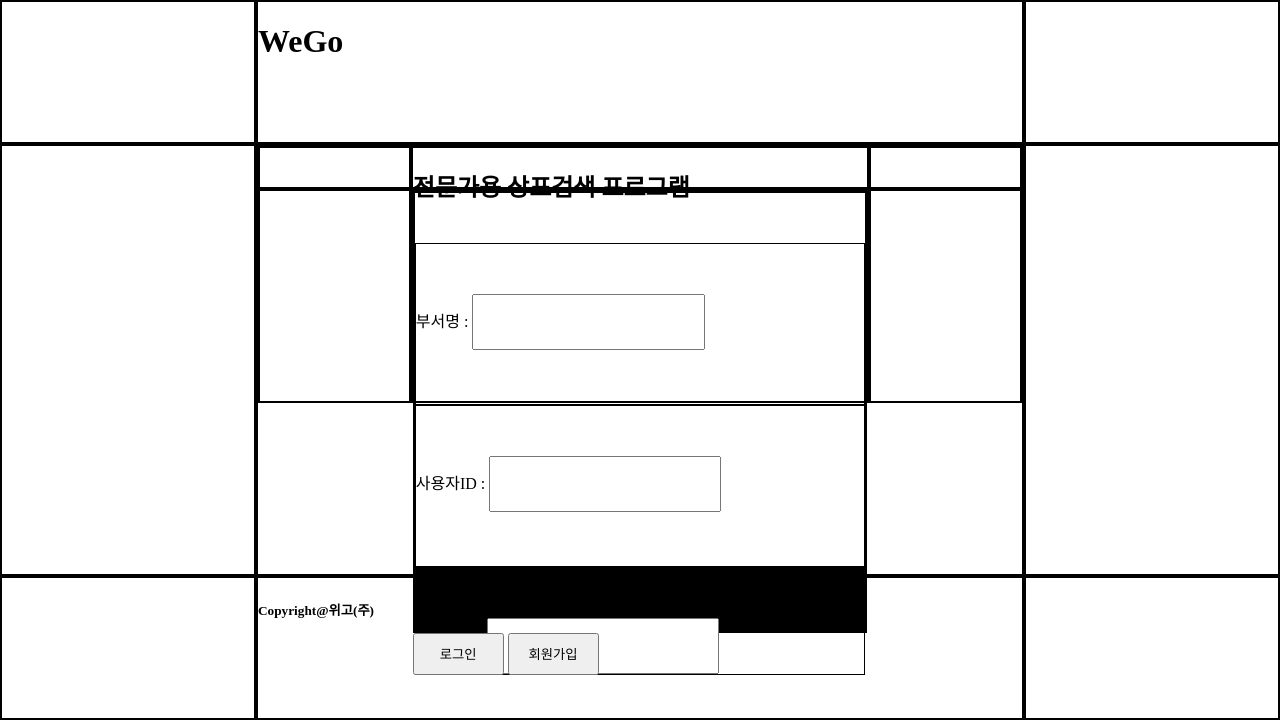
Repository: hamuse/wego1
Page: http://localhost/teamW1/facade.do
The author's editor kept a copy of each file at every save. The page is drawn from the files as they stood at one save, then again after the next save.
The browser window is 1280 px wide. The pictures show the whole page.
Some web libraries are served in a nearby version. The page is served by Tomcat 9. Other server files are loaded and not shown.

Above is the page before, as saved 2019-10-07 10:50:57.

### teamW1/WebContent/WEB-INF/views/facade/main.jsp
<%@ page language="java" contentType="text/html; charset=UTF-8"
   pageEncoding="UTF-8"%>
<%@ taglib prefix="c" uri="http://java.sun.com/jsp/jstl/core" %>
<jsp:include page="../common/head.jsp"/>
<div class="container">
<div></div><div><h2>전문가용 상표검색 프로그램</h2></div><div></div>
<div></div>

<div class="content">
<c:choose>
    <c:when test="${page eq 'login'}">
    <jsp:include page="login.jsp"/>
    </c:when>
    <c:when test="${page eq 'join'}">
    <jsp:include page="join.jsp"/>
    </c:when>
</c:choose>
</div>
<div></div>
</div>
<jsp:include page="../common/foot.jsp"/>

### teamW1/WebContent/WEB-INF/views/common/head.jsp
<%@ page language="java" contentType="text/html; charset=UTF-8"
    pageEncoding="UTF-8"%>
<!doctype html>
<html lang="en">
<head>
	<meta charset="UTF-8" />
	<title>Document</title>
	<script src='http://ajax.googleapis.com/ajax/libs/jquery/1.11.3/jquery.min.js'></script>
	<script src="${js}/app.js"></script>
	<link rel="stylesheet" type="text/css" href="${css}/style.css"></link>
</head>
<body>
<div class="wrapper" style="width: 100%; height:100%">
<div></div><div><h1>WeGo</h1></div><div></div>
<div></div>

### teamW1/WebContent/WEB-INF/views/facade/login.jsp
<%@ page language="java" contentType="text/html; charset=UTF-8"
   pageEncoding="UTF-8"%>


<form id="login_form">
<div id="login_tab">
    <div id="login_tab_item_1">
    부서명 : <input id="d_Name" class="input_text" type="text" name="dName"/>
    </div>
    <div id="login_tab_item_2">
    사용자ID : <input id="userName" class="input_text" type="text" name="empNo"/>
    </div>
    <div id="login_tab_item_3">
    비밀번호 : <input id="userPw" class="input_text" type="text" name="eName"/>
    </div>
</div>
<div></div>
<div></div>
<div></div>
<div></div>
<div></div>
<div></div>
<div></div>
<div></div>
<div></div>
<div></div>
<div></div>
<div></div>
<div></div>
<div></div>
<div></div>
<div></div>
    <input type="hidden" name="action" value="login" />
    <input type="hidden" name="page" value="mypage" />

    <input id="login_btn" type="button" value="로그인"/>
    <input id="join_btn" type="button" value="회원가입"/>

</form>


<script>
/*$('#login_btn').click(function(){
    alert('쫌!!!!떠라!!!!');
}); */
app.init('${ctx}');
</script>

### teamW1/WebContent/WEB-INF/views/common/foot.jsp
<%@ page language="java" contentType="text/html; charset=UTF-8"
    pageEncoding="UTF-8"%>

<div></div><div></div><div><h5>Copyright@위고(주)</h5></div>
<div></div>

</body>
</html>

### teamW1/src/com/web/team1/controllers/FacadeController.java
package com.web.team1.controllers;

import java.io.IOException;
import javax.servlet.ServletException;
import javax.servlet.annotation.WebServlet;
import javax.servlet.http.HttpServlet;
import javax.servlet.http.HttpServletRequest;
import javax.servlet.http.HttpServletResponse;

import com.web.team1.pool.Constants;

@WebServlet("/facade.do")
public class FacadeController extends HttpServlet {
	private static final long serialVersionUID = 1L;

	enum Resources {
		CTX, CSS, JS, IMG
	}
	protected void service(HttpServletRequest request, HttpServletResponse response) throws ServletException, IOException {
		for(Resources r : Resources.values()) {
			System.out.println("퍼사드>>>>>"+r.toString().toLowerCase());
//			    request.getSession().setAttribute(r.toString().toLowerCase(), request.getContextPath()+"/resources/"+r.toString().toLowerCase());
			    request.getSession().setAttribute(r.toString().toLowerCase(), request.getContextPath()+((r.toString().toLowerCase().equals("ctx"))
			    		?"" : "/resources/"+r.toString().toLowerCase()));
		}
		if(request.getParameter("page")==(null)) {
		request.setAttribute("page","login");
	}else {
		request.setAttribute("page", request.getParameter("page"));
		}
	request.getRequestDispatcher(
				String.format(Constants.DOUBLE_PATH,
						request.getServletPath().substring(1,request.getServletPath().indexOf(".")),
						"main"))
		.forward(request,response);
//		System.out.println("야 퍼사드로 들어오냥?");
//		 request
//		  .getRequestDispatcher(
//				  String.format(Constants.DOUBLE_PATH,request.getServletPath().substring(1,request.getServletPath().indexOf(".")),
//						  "login"))
//		  .forward(request, response);

	}
}

### teamW1/WebContent/resources/js/app.js
var app= (()=>{
    return{
        init : (ctx)=>{
            $('#login_btn').click(()=>{
                alert('로그인!!!!!!');
                location.assign(ctx+'/login.do?action=login&page=mypage');
            });
            $('#join_btn').click(()=>{
                alert('회원가입 이동');
                location.assign(ctx+'/facade.do?action=move&page=join');
            });
            btn.login2(ctx);
            btnjoin.joinbtn(ctx);
        }

    };
})();
var member = (()=>{
    var _dName,_deptNo,_eName,_empNo,_dName,_job,_mgr,_hireDate,_comm;
    var setEmpNo = (empNo)=>{this._empNo = empNo;}
    var setEName = (eName)=>{this._eName = eName;}
    var setDName = (dName)=>{this._dName = dName;}
    var getEmpNo = ()=>{return this._setEmpNo;}
    var getEName = ()=>{return this._setEName;}
    var getDName = ()=>{return this._setDName;}
    return{
        setEmpNo : setEmpNo,setEName : setEName,setDName : setDName,
        getEmpNo : getEmpNo,getEName : getEName,getDName : getDName
    };
})();
var btn= (()=>{
	return{
		 login2 : (ctx)=>{
			   $('#login_btn').click(()=>{
	            	if($('#d_Name').val()===''||$('#empNo').val()===''||
	            			$('#eName').val()===''){
	            		alert('필수값이 없습니다')}
	            		else{
	            			alert('입력한 아이디 값: '+$('#empNo').val());
	            			$('#login_form')
	            			$('#login_form').attr('action', ctx+'/login.do');
	            			$('#login_form').attr('method','POST');
	            			$('#login_form').submit();
	            		}
	            });
		 }
	};
})();

var btnjoin=(()=>{
	return{
		joinbtn : (ctx)=>{
			$('#join_btn1').click(()=>{
				alert('회원가입!!!됐냐?!!!');
				$('#join_form').attr('action',ctx+'/login.do');
				$('#join_form').submit();

			});
		}
	};
})();

### teamW1/WebContent/resources/css/style.css
@charset "UTF-8";
html, body{
	margin: 0;
	height: 100%;
	overflow: hidden;
}
.wrapper{
	display: grid;
	width: 100%
	height: 100%;
	grid-template-columns: 20% 60% 20%;
	grid-template-rows: 20% 60% 20%;
}
.wrapper div{
	border: 2px solid black;
}
.container{
	display: grid;
	width: 100%
	height: 100%;
	grid-template-columns: 20% 60% 20%;
	grid-template-rows: 10% 50% 10%;
}
.container div{
	border : 2px solid black;
}
#login_tab{
	display: grid;
	width: 100%
	height: 80%
	grid-template-columns: 50% 50%;
	grid-template-rows: 50% 50%;
	margin: 0 auto;
	padding-top: 50px;
}
#join_form{width: 100%; height: 100%}
#login_form{width: 100%; height: 100%}
#login_tab div{border : 1px solid black;}
#login_tab_item_1{grid-column: 1/5;}
#login_tab_item_2{grid-column: 1/5;}
#login_tab_item_3{grid-column: 1/5;}
#login_btn{width: 20%; height: 20%}
#join_btn{width: 20%; height: 20%}
.input_text{width: 50%; height: 50px; margin-top: 50px}

After the next save:
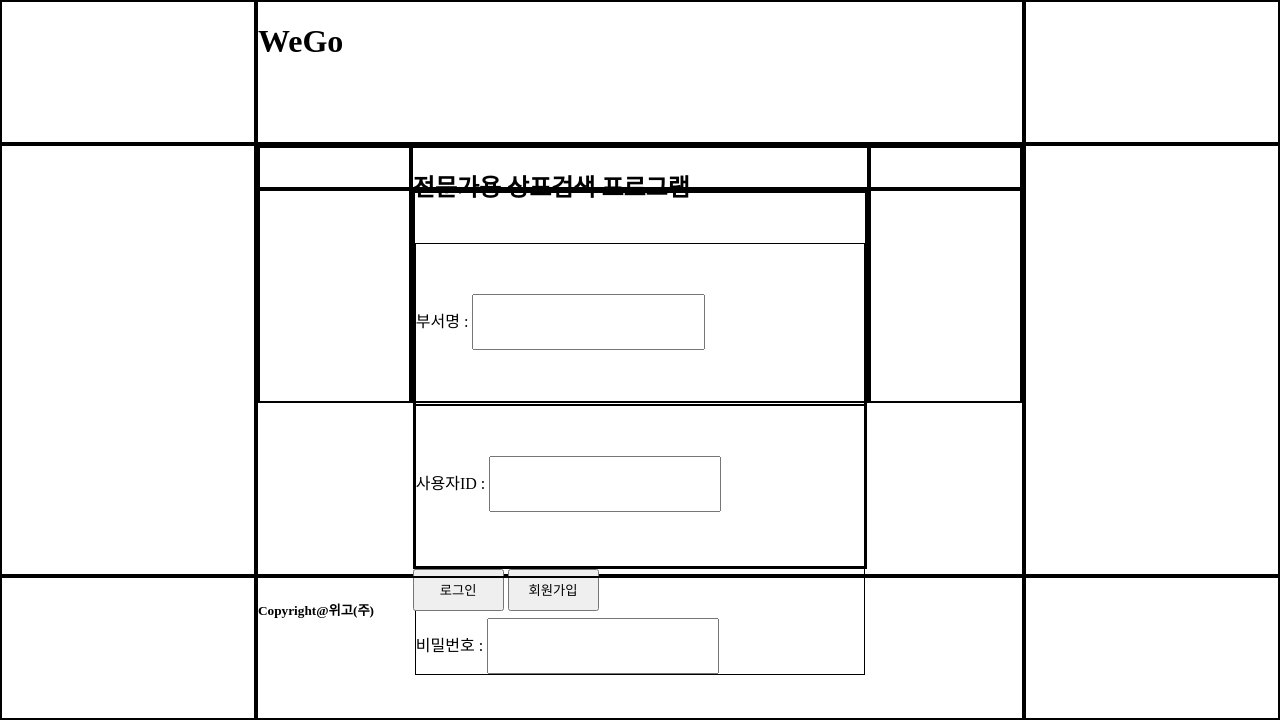
Saved 80 s later.
--- a/teamW1/WebContent/WEB-INF/views/facade/login.jsp
+++ b/teamW1/WebContent/WEB-INF/views/facade/login.jsp
@@ -14,22 +14,7 @@
     비밀번호 : <input id="userPw" class="input_text" type="text" name="eName"/>
     </div>
 </div>
-<div></div>
-<div></div>
-<div></div>
-<div></div>
-<div></div>
-<div></div>
-<div></div>
-<div></div>
-<div></div>
-<div></div>
-<div></div>
-<div></div>
-<div></div>
-<div></div>
-<div></div>
-<div></div>
+
     <input type="hidden" name="action" value="login" />
     <input type="hidden" name="page" value="mypage" />
 
